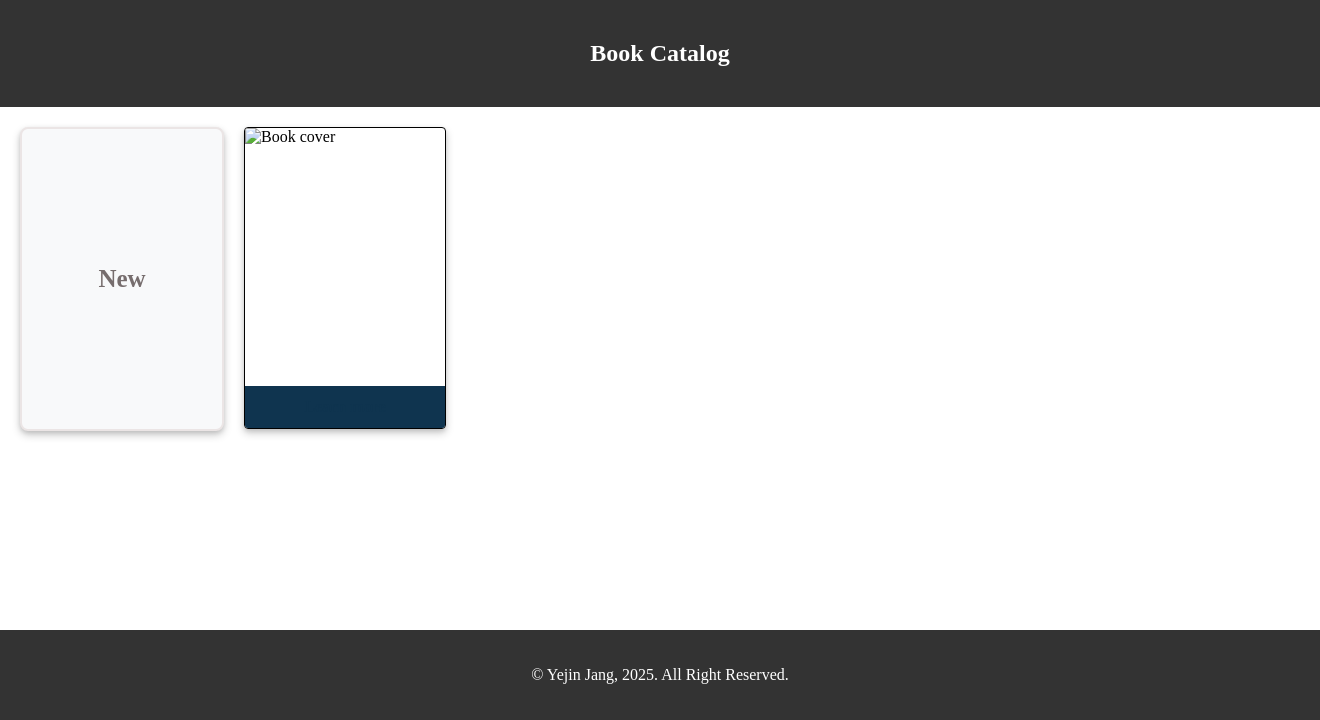
Repository: Yejin-Digital/Lab3-Assignment-BookCatalog
Page: /
An editor plug-in stored every save of this project. The page is shown before and after the next save, followed by the edit.
The browser window is 1280 px wide. The page is 1320 px wide, so the pictures cover 1320 px, including what lies to the right of the window. The pictures show the whole page.
The project was rebuilt for these pictures with package versions that can differ from the ones it lists, and the page was loaded fresh each time. Also part of the build but not shown: vite.config.js.

Above is the page before, as saved 2025-09-19 15:07:50.

After the next save:
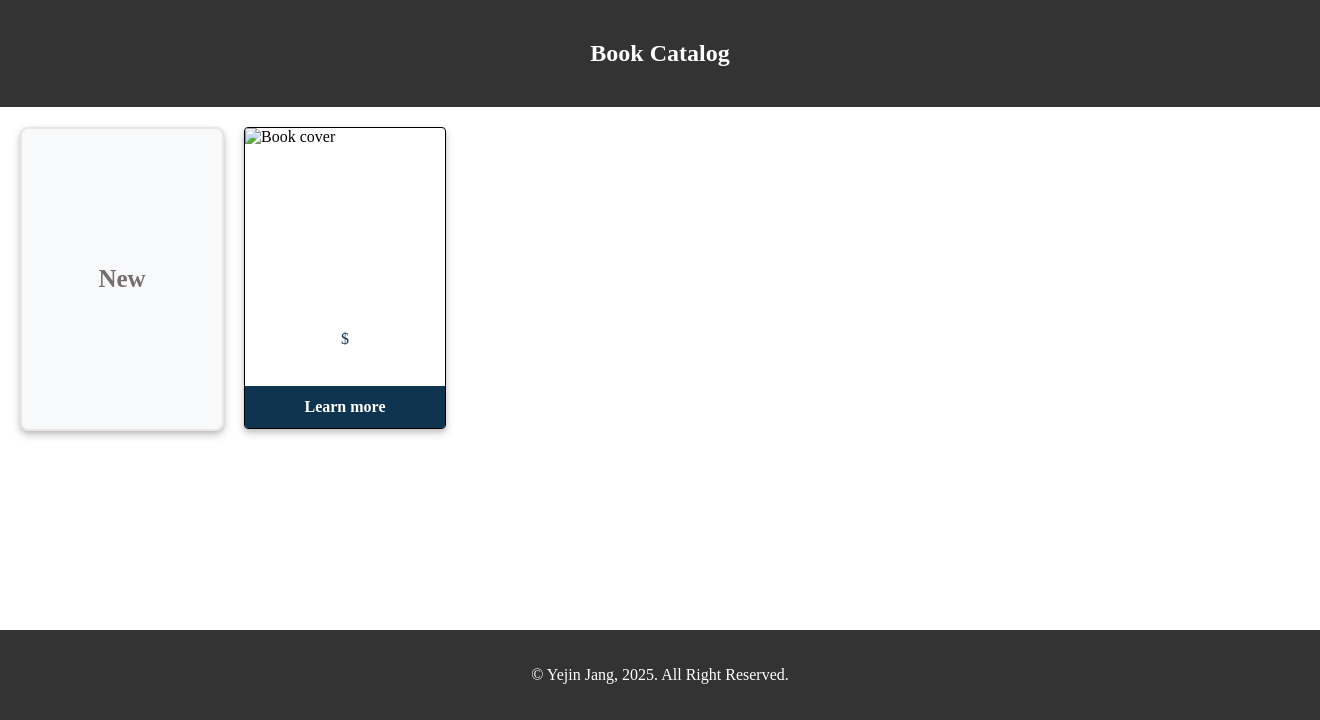
Saved 22 s later.
--- a/src/components/BookListCard.css
+++ b/src/components/BookListCard.css
@@ -34,7 +34,7 @@
 .bookPrice {
   font-size: 16px;
   font-weight: 500;
-  color: white;
+  color: rgb(15, 52, 79);
   text-align: center;
   margin: 0;
 }
@@ -43,7 +43,7 @@ a {
   width: 100%;
   font-size: 16px;
   font-weight: bold;
-  color: rgb(15, 52, 79);
+  color: white;
   background-color: rgb(15, 52, 79);
   text-align: center;
   margin: 0;
@@ -60,5 +60,6 @@ a:hover {
 .bookAuthorContainer {
   height: 56px;
   width: 100%;
+
   padding-top: 4px;
 }
